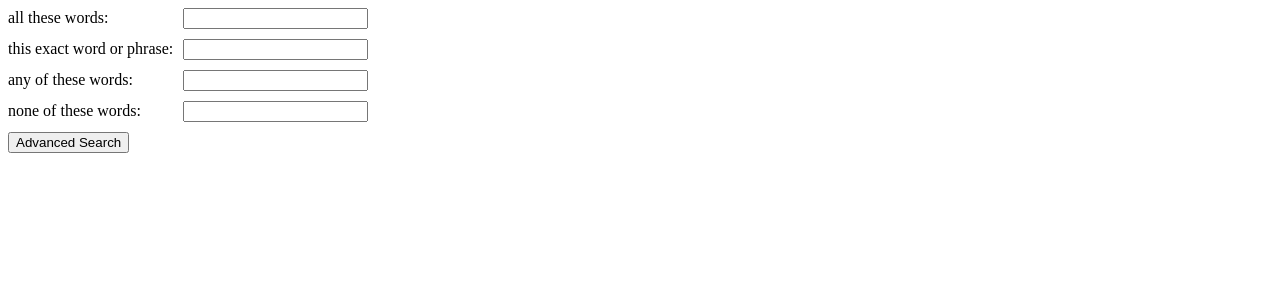
Repository: etentuk/search
Page: advanced_search.html
The author's editor kept a copy of each file at every save. The page is drawn from the files as they stood at one save, then again after the next save.
The browser window is 1280 px wide. The pictures show the whole page.

Above is the page before, as saved 2021-11-03 23:27:08.

### advanced_search.html
<!DOCTYPE html>
<html lang="en">

<head>
    <title>Advanced Search</title>
    <link rel="stylesheet" href="styles.css">
</head>

<body>
    <div class="contentContainer">
        <form action="https://google.com/search" class="form-example">
            <div style="display: table-row;">
                <div class="form-example">
                    <label for="as_q">all these words: </label>
                    <input type="text" id="as_q" name="as_q">
                </div>
                <div class="form-example">
                    <label for="as_epq">this exact word or phrase: </label>
                    <input type="text" id="as_epq" name="as_epq">
                </div>
                <div class="form-example">
                    <label for="as_oq">any of these words: </label>
                    <input type="text" id="as_oq" name="as_oq">
                </div>
                <div class="form-example">
                    <label for="as_eq">none of these words: </label>
                    <input type="text" id="as_eq" name="as_eq">
                </div>
            </div>
            <input type="submit" value="Advanced Search">
        </form>
    </div>
</body>

</html>

### styles.css
form.form-example {
  display: table;
}

div.form-example {
  display: table-row;
}

label,
input {
  display: table-cell;
  margin-bottom: 10px;
}

label {
  padding-right: 10px;
}

div.contentContainer {
  justify-content: center;
  align-items: center;
  padding: 60;
}

After the next save:
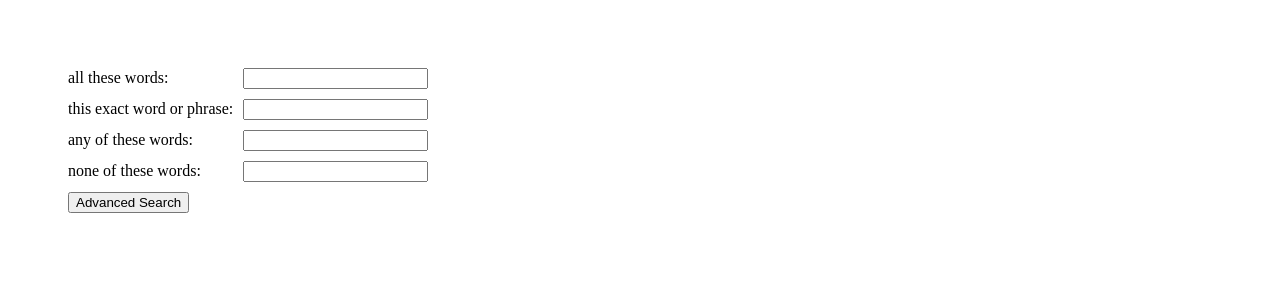
Saved 3 min 20 s later.
--- a/styles.css
+++ b/styles.css
@@ -19,5 +19,5 @@ label {
 div.contentContainer {
   justify-content: center;
   align-items: center;
-  padding: 60;
+  padding: 60px;
 }
